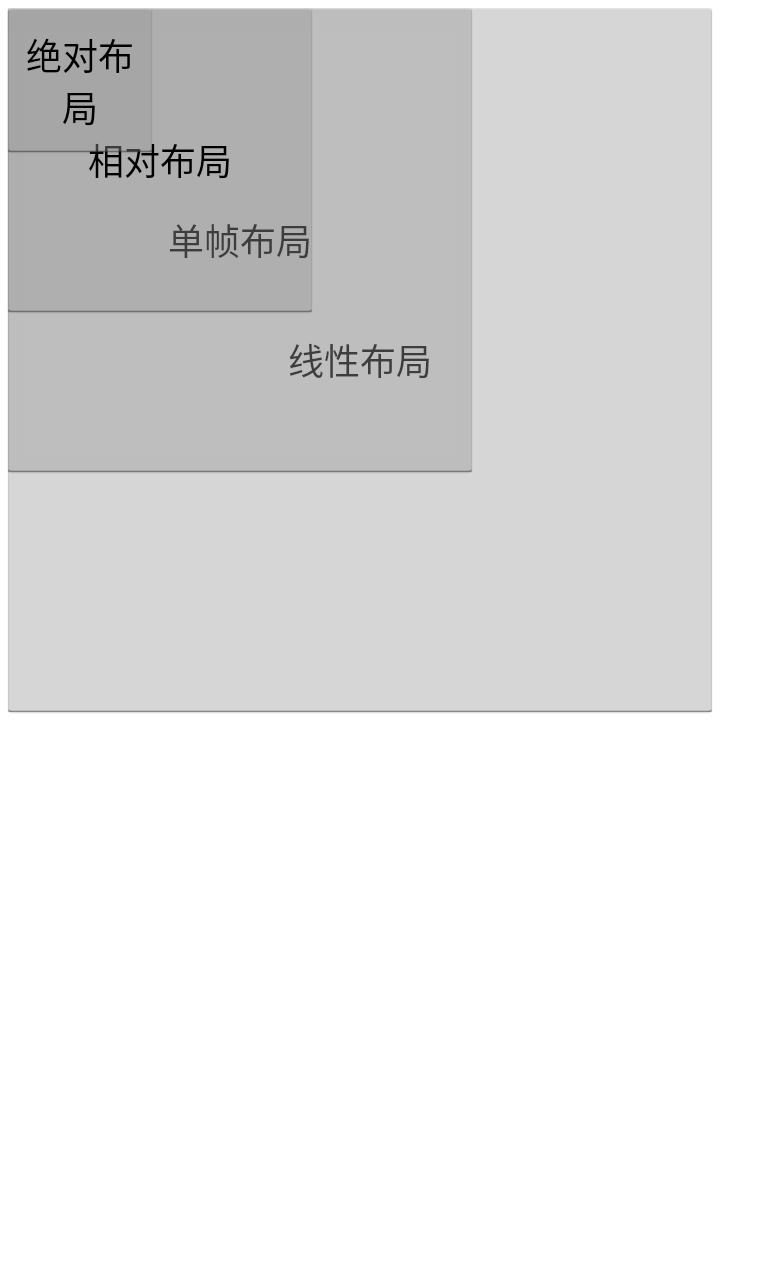
Repository: treizeor/android-examples
Layout: Ch003Layouts/res/layout/framelayout_main.xml
An editor plug-in stored every save of this project. The layout is shown before and after the next save, followed by the edit.
It is drawn on a 768 x 1280 px phone screen (xhdpi) without system bars, with theme AppTheme; the app's code is not run.

Above is the layout before, as saved 2014-06-02 02:55:38.

### Ch003Layouts/res/layout/framelayout_main.xml
<?xml version="1.0" encoding="utf-8"?>
<FrameLayout xmlns:android="http://schemas.android.com/apk/res/android"
    android:layout_width="match_parent"
    android:layout_height="match_parent" >


    <Button
        android:id="@+id/linear"
        android:layout_width="360dp"
        android:layout_height="360dp"
        android:text="@string/linear" />

    <Button
        android:id="@+id/frame"
        android:layout_width="240dp"
        android:layout_height="240dp"
        android:text="@string/frame" />

    <Button
        android:id="@+id/relative"
        android:layout_width="160dp"
        android:layout_height="160dp"
        android:text="@string/relative" />

    <Button
        android:id="@+id/abs"
        android:layout_width="80dp"
        android:layout_height="80dp"
        android:text="@string/abs" />

</FrameLayout>

### Ch003Layouts/res/values/strings.xml
<?xml version="1.0" encoding="utf-8"?>
<resources>

    <string name="app_name">Ch003Layouts</string>
    <string name="hello_world">Hello world!</string>
    <string name="action_settings">Settings</string>
    <string name="linear">线性布局</string>
    <string name="frame">单帧布局</string>
    <string name="relative">相对布局</string>
    <string name="abs">绝对布局</string>

</resources>

Loaded but not shown: Ch003Layouts/res/values/styles.xml (common file); Ch003Layouts/res/values-v11/styles.xml (common file); Ch003Layouts/res/values-v14/styles.xml (common file)

After the next save:
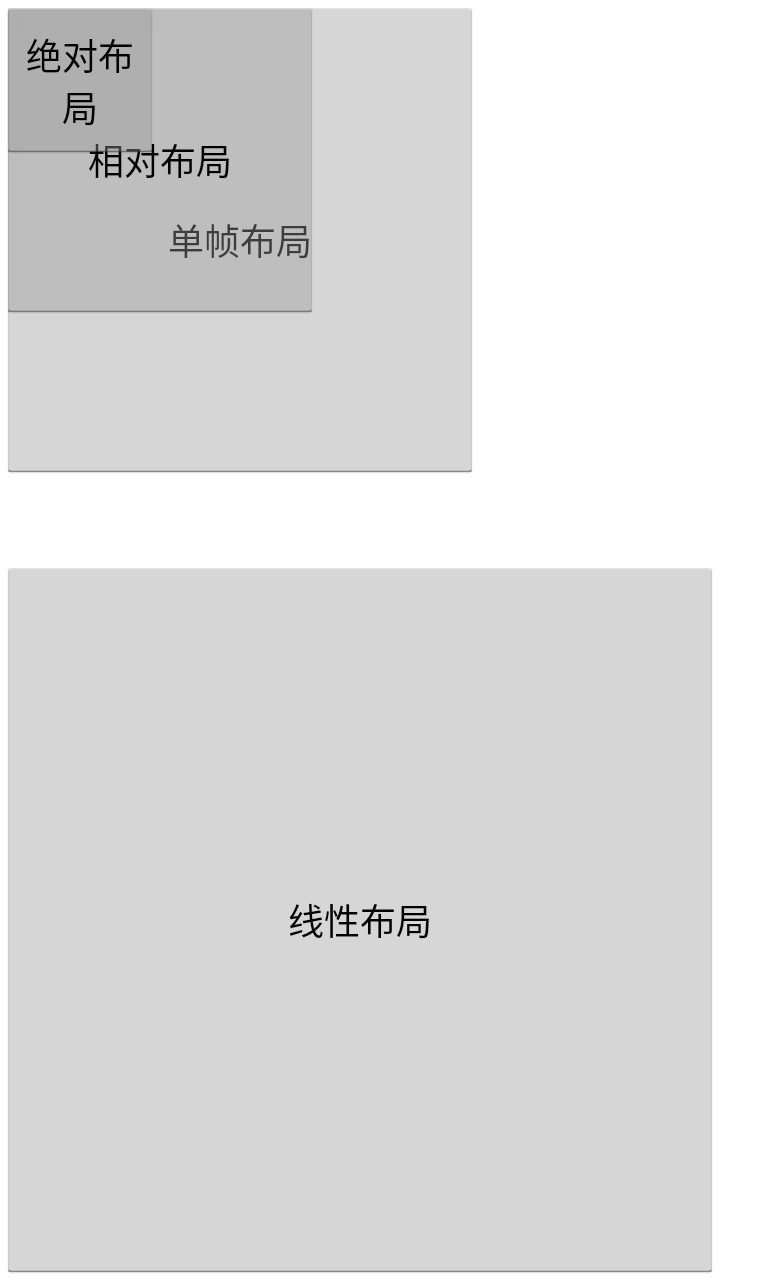
Saved 62 s later.
--- a/Ch003Layouts/res/layout/framelayout_main.xml
+++ b/Ch003Layouts/res/layout/framelayout_main.xml
@@ -8,6 +8,7 @@
         android:id="@+id/linear"
         android:layout_width="360dp"
         android:layout_height="360dp"
+        android:layout_gravity="bottom"
         android:text="@string/linear" />
 
     <Button

After the save that followed:
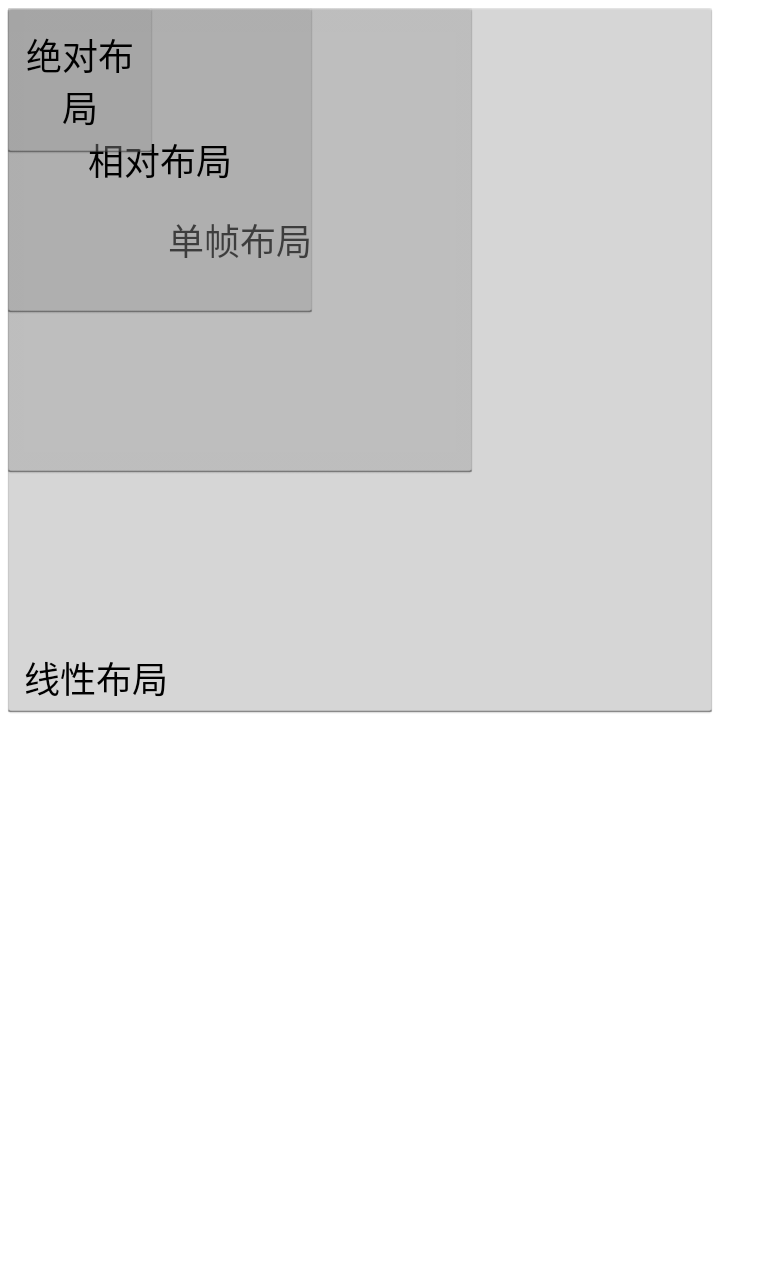
Saved 37 s later.
--- a/Ch003Layouts/res/layout/framelayout_main.xml
+++ b/Ch003Layouts/res/layout/framelayout_main.xml
@@ -8,7 +8,7 @@
         android:id="@+id/linear"
         android:layout_width="360dp"
         android:layout_height="360dp"
-        android:layout_gravity="bottom"
+        android:gravity="bottom"
         android:text="@string/linear" />
 
     <Button
